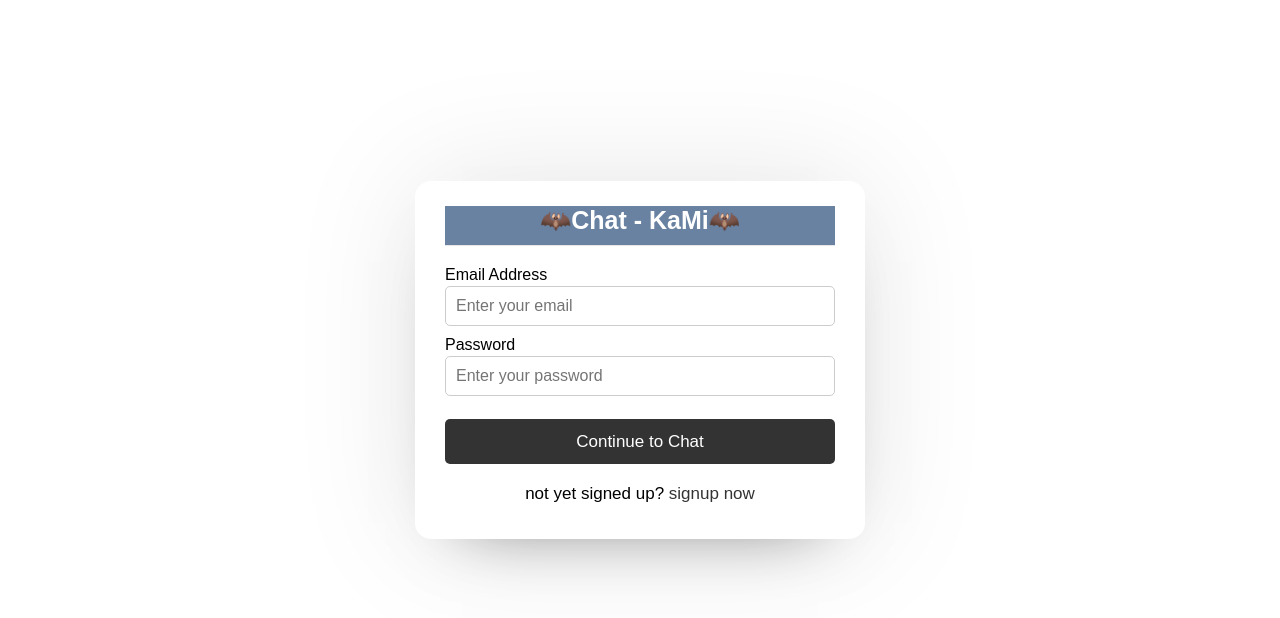
Repository: kananavy/CONQUER
Page: http://localhost/login.php
The author's editor kept a copy of each file at every save. The page is drawn from the files as they stood at one save, then again after a run of saves.
The browser window is 1280 px wide. The pictures show the whole page.
The page is run by PHP 8.4 with error messages shown; the project is at /var/www/html/.

Above is the page before, as saved 2023-01-21 00:15:03.

After the next 2 saves:
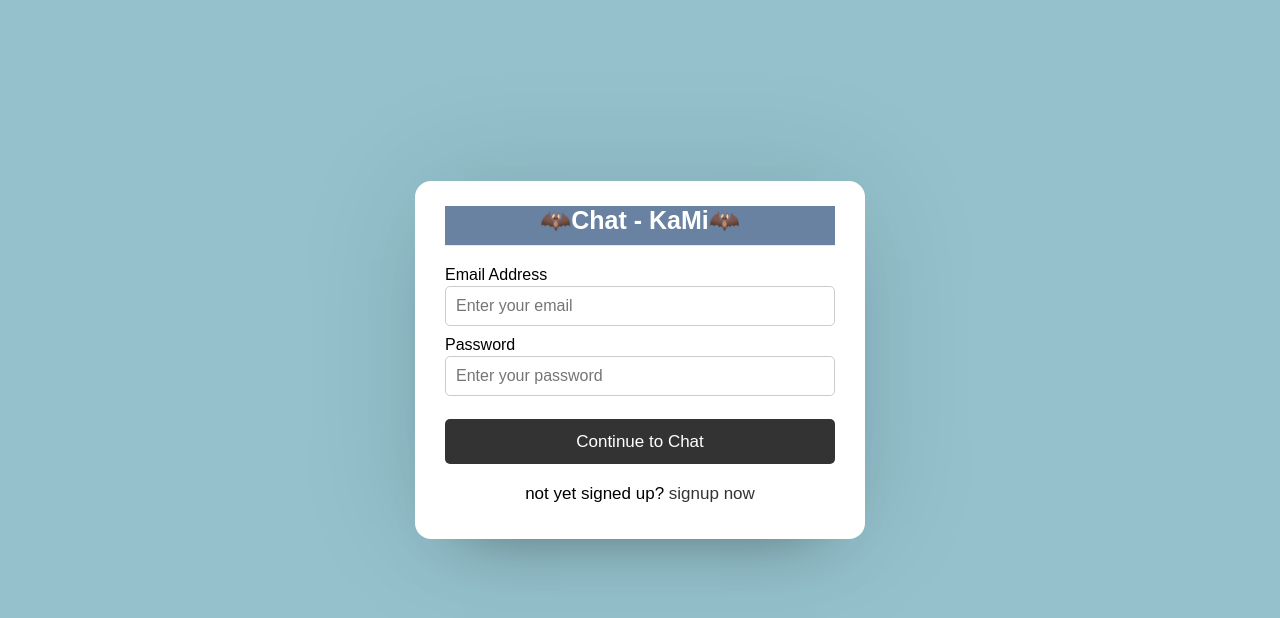
The 2 saves are shown as one change because they came seconds apart.
The last was saved 2 min 44 s later.
--- a/chat.css
+++ b/chat.css
@@ -10,7 +10,7 @@
     align-items: center;
     justify-content: center;
     min-height: 100vh;
-    background: #ffffff;
+    background: #94c1cc;
 }
 .wrapper{
     background: #fff;
